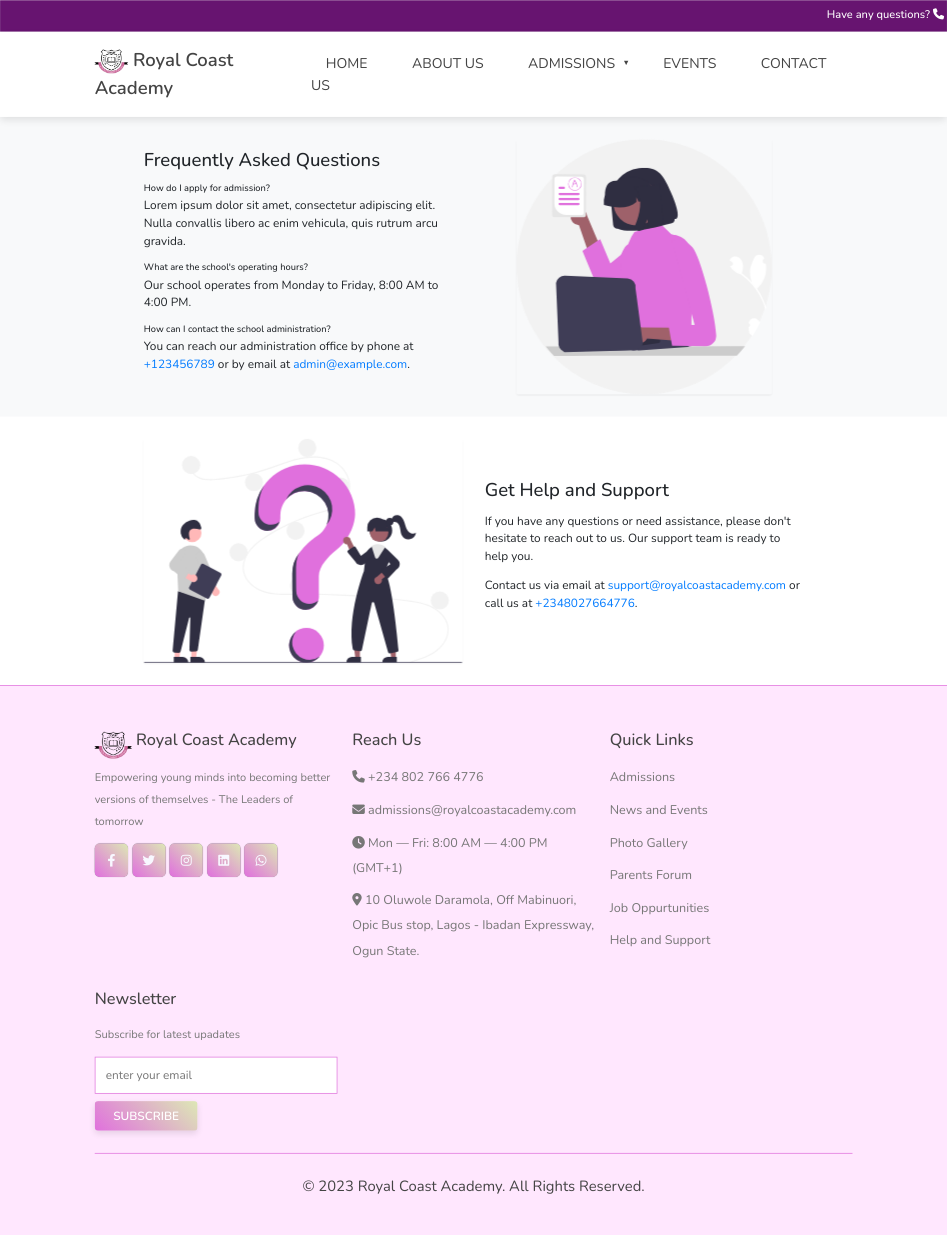
Repository: AdeniranZion/RC-Academy
Page: http://localhost/faq.php
An editor plug-in stored every save of this project. The page is shown before and after the next save, followed by the edit.
The browser window is 1280 px wide. The pictures show the whole page, at 74% of full size.
Some web libraries are served in a nearby version. The page is run by PHP 8.4 with error messages shown; the project is at /var/www/html/.

Above is the page before, as saved 2024-06-21 19:07:26.
Console error: TypeError: Cannot set properties of null (setting 'onclick')

### faq.php
<?php include_once "partials/header.php"; ?>

<section class="faq-section py-5 bg-light">
    <div class="container">
        <div class="row align-items-center">
            <div class="col-lg-6" data-aos="fade-right">
                <div class="faq-content">
                    <h1 class="mb-4 fw-bold">Frequently Asked Questions</h1>

                    <div class="faq-item mb-4">
                        <h3 class="h5">How do I apply for admission?</h3>
                        <p>Lorem ipsum dolor sit amet, consectetur adipiscing elit. Nulla convallis libero ac enim vehicula, quis rutrum arcu gravida.</p>
                    </div>

                    <div class="faq-item mb-4">
                        <h3 class="h5">What are the school's operating hours?</h3>
                        <p>Our school operates from Monday to Friday, 8:00 AM to 4:00 PM.</p>
                    </div>

                    <div class="faq-item mb-4">
                        <h3 class="h5">How can I contact the school administration?</h3>
                        <p>You can reach our administration office by phone at <a href="tel:+123456789">+123456789</a> or by email at <a href="mailto:admin@example.com">admin@example.com</a>.</p>
                    </div>
                </div>
            </div>

            <div class="col-lg-6" data-aos="fade-left" data-aos-duration="1100">
                <div class="support-illustration text-center">
                    <img src="images/undraw_teacher_re_sico.svg" alt="Support Illustration" class="img-fluid rounded shadow-sm" style="max-width: 80%; height: auto;">
                </div>
            </div>

        </div>
    </div>
</section>

<section class="help-section py-5">
    <div class="container">
        <div class="row align-items-center">
            <div class="col-lg-6 order-lg-2" data-aos="fade-left">
                <div class="help-content">
                    <h1 class="mb-4 fw-bold">Get Help and Support</h1>

                    <p class="mb-4">If you have any questions or need assistance, please don't hesitate to reach out to us. Our support team is ready to help you.</p>

                    <p class="mb-4">Contact us via email at <a href="mailto:yemideniran@gmail.com">support@royalcoastacademy.com</a> or call us at <a href="tel:+123456789">+2348027664776</a>.</p>
                </div>
            </div>

            <div class="col-lg-6 order-lg-1" data-aos="fade-right" data-aos-duration="1100">
                <div class="help-illustration text-center">
                    <img src="images/undraw_questions_re_1fy7.svg" alt="Help Illustration" class="img-fluid rounded shadow-sm">
                </div>
            </div>
        </div>
    </div>
</section>

<?php include_once "partials/footer.php"; ?>

<!-- Initialize AOS -->
<script>
    AOS.init();
</script>

### partials/header.php
 <!--HTML BEGINS-->
<!doctype html>
<html lang="en">
  <head>

  <script src="https://cdn.jsdelivr.net/npm/aos@2.3.4/dist/aos.js"></script>
  <link rel="stylesheet" href="https://cdn.jsdelivr.net/npm/aos@2.3.4/dist/aos.css">
<link rel="stylesheet" href="css/qlstyle.css">
<link rel="stylesheet" href="https://cdn.jsdelivr.net/npm/bootstrap@4.5.3/dist/css/bootstrap.min.css" integrity="sha384-TX8t27EcRE3e/ihU7zmQxVncDAy5uIKz4rEkgIXeMed4M0jlfIDPvg6uqKI2xXr2" crossorigin="anonymous">
<link rel="stylesheet" href="https://cdn.jsdelivr.net/npm/bootstrap-icons@1.11.3/font/bootstrap-icons.min.css">
<link rel="stylesheet" href="https://cdnjs.cloudflare.com/ajax/libs/font-awesome/6.3.0/css/all.min.css">
<link rel="stylesheet" href="https://unpkg.com/swiper@7/swiper-bundle.min.css">


  <title>Royal Coast Academy</title>
    <!-- Required meta tags -->
    <meta charset="UTF-8">
   <meta http-equiv="X-UA-Compatible" content="IE=edge">
   <meta name="viewport" content="width=device-width, initial-scale=1.0">



   <!-- swiper css link  -->
   <link rel="stylesheet" href="https://unpkg.com/swiper@7/swiper-bundle.min.css" />
   <link rel="stylesheet" href="https://fontawesome.com/icons/phone?s=solid&f=classic" />

   <!-- custom css file link  -->
   <link rel="stylesheet" href="css/style.css">
   <link rel="stylesheet" href="css/aos.css">



<!-- //Go to top Button -->
<button onclick="topFunction()" class="top-btn" id="myBtn" title="Go to top"><img width="50%" src="images/chevron_up1.png" alt=""></button>
</head>

<body>


<!-- header section starts  -->
<div class="scroll-div">
    <div class="scroll-wrapper">
      <div class="scroll-text">
        <h1>Have any questions? <i class="fa-solid fa-phone"></i> Call us on +2348027664776 +2347059695895 +2349030009521 <i class="fa-solid fa-envelope"></i> royalcoastacademy@gmail.com or <i class="fa-solid fa-location-dot"></i> Visit us @ 10 Oluwole Daramola Crescent, Isheri Oke 102109, Ojodu Berger, Ogun State.</h1>
      </div>
    </div>
  </div>



<header class="header">


   <a href="#" class="logo">
      <img src="images/RCALogo.png" width="45" alt="Royal Coast Academy Logo">
      Royal Coast Academy
   </a>


   <nav class="navbar">

         <div id="close-navbar" class="fa-sharp fa-solid fa-xmark"></div>

         <?php
            $file_names = ['index.php', 'calendar.php', 'contact.php', 'about.php', 'courses.php', 'admissions.php', 'admission_form.php'];
            $current_page = basename($_SERVER['PHP_SELF']);
            $links = array(
               array('text' => 'HOME', 'href' => 'index.php'),
               array('text' => 'ABOUT US', 'href' => 'about.php'),
               array('text' => 'ADMISSIONS', 'href' => 'admissions.php'),
               array('text' => 'EVENTS', 'href' => 'calendar.php'),
               array('text' => 'CONTACT US', 'href' => 'contact.php'),
            );

            echo '<nav>'; // Start the navigation container

            foreach ($links as $link) {
               // Check if the link is the current page or if it's the admissions link when on admission_form.php
               $style = ($link['href'] == $current_page || ($link['href'] == 'admissions.php' && $current_page == 'admission_form.php')) ? 'style="color: #e070dd;"' : '';

               if ($link['text'] == 'ADMISSIONS') {
                  echo '<div class="dropdown">';
                  echo '<a href="' . $link['href'] . '" ' . $style . '>' . $link['text'] . '</a>';
                  echo '<div class="dropdown-content">';

                  // Set style for dropdown links, excluding the current page
                  echo '<a href="admission_form.php"' . ($current_page == 'admission_form.php' ? ' style="color: #e070dd;"' : '') . '>Admission Form</a>';
                  echo '<a href="admissions.php"' . ($current_page == 'admissions.php' ? ' style="color: #e070dd;"' : '') . '>Admission Details</a>';

                  echo '</div>';
                  echo '</div>';
               } else {
                     echo '<a href="' . $link['href'] . '" ' . $style . '>' . $link['text'] . '</a>';
               }
             }

            echo '</nav>'; // End the navigation container
?>





   </nav>

   <div class="icons">
      <div id="menu-btn" class="fa-solid fa-bars"></div>
   </div>

</header>


<script>
    AOS.init({
        duration: 800, // animation duration in milliseconds
        offset: 200, // offset (in pixels) from the top of the page for the start of the animation
        easing: 'ease-out', // easing function to use for the animation
        once: true, // only animate elements once on page load
    });

      // Refresh AOS on scroll event
      window.addEventListener('scroll', function() {
      AOS.refresh();
});
  </script>

</body>

### partials/footer.php
<!-- footer section starts  -->


<section class="footer">

   <div class="box-container">

      <div class="box">
         <h3> <img style="margin-bottom: -3%;" src="images/RCALogo.png" width="50"> Royal Coast Academy </h3>
         <p>Empowering young minds into becoming better versions of themselves - The Leaders of tomorrow</p>
         <div class="share">
            <a href="#" class="fa-brands fa-facebook-f"></a>
            <a href="#" class="fa-brands fa-twitter"></a>
            <a href="https://www.instagram.com/royalcoastacademy/" class="fa-brands fa-instagram"></a>
            <a href="#" class="fa-brands fa-linkedin"></a>
            <a href="https://wa.me/+2348027664776" class="fa-brands fa-whatsapp"></a>
         </div>
      </div>

      <div class="box">
         <h3>Reach Us</h3>
         <a href="tel:+2348027664776" class="link"><i class="fa-solid fa-phone"></i> <span> +234 802 766 4776</span></a>
         <a href="mailto:admissions@schoolname.com" class="link"><i class="fa-sharp fa-solid fa-envelope"></i> admissions@royalcoastacademy.com</a>
         <a class="link"><i class="fa-solid fa-clock"></i><span> Mon — Fri: 8:00 AM — 4:00 PM (GMT+1)
         </span></a>
         <a href="https://www.google.com/maps/place/Royal+Coast+Academy/@6.6436294,3.3875633,17z/data=!4m15!1m8!3m7!1s0x103b937ae5824571:0xccc23bd1c27304eb!2s10+Oluwole+Daramola+Cres,+Isheri+Oke+102109,+Ojodu+Berger,+Ogun+State!3b1!8m2!3d6.6436294!4d3.3875633!16s%2Fg%2F11sk8n63bg!3m5!1s0x103b9320de5d0e97:0x8af30d24481b53f6!8m2!3d6.6436294!4d3.3875633!16s%2Fg%2F11smwgcrfj" class="link"><i class="fa-solid fa-location-dot"></i><span> 10 Oluwole Daramola, Off Mabinuori, Opic Bus stop, Lagos - Ibadan Expressway, Ogun State.</span></a>
      </div>

      <div class="box">
         <h3>Quick links</h3>
         <a href="admissions.php" class="link">Admissions</a>
         <a href="calendar.php" class="link">News and Events</a>
         <a href="photogallery.php" class="link">Photo Gallery</a>
         <a href="unavailable.php" class="link">Parents Forum</a>
         <a href="unavailable.php" class="link">Job Oppurtunities</a>
         <a href="faq.php" class="link">Help and Support</a>
      </div>

      <div class="box">
         <h3>newsletter</h3>
         <p>Subscribe for latest upadates</p>
         <form action="">
            <input type="email" name="" placeholder="enter your email" id="" class="email">
            <input type="submit" value="subscribe" class="btn">
         </form>
      </div>

   </div>

   <div class="credit">&copy; <?php echo date("Y");?> Royal Coast Academy. all rights reserved. </div>

</section>

<!-- footer section ends -->







<!-- swiper js link  -->
<script src="https://unpkg.com/swiper@7.4.1/swiper-bundle.min.js"></script>

<!-- custom js file link  -->
<script src="js/script.js"></script>
<script src="js/aos.js"></script>

### css/qlstyle.css
    * {
  margin: 0;
  padding: 0;
  box-sizing: border-box;
}

body {
  background-color: #fff;
}

header {
  position: fixed;
  top: 0;
  left: 0;
  width: 100%;
  background-color: #000;
  padding: 20px;
  z-index: 1;
}

nav ul {
  display: flex;
  justify-content: space-between;
  align-items: center;
}

nav li {
  list-style: none;
}

nav a {
  color: #000;
  font-size: 1.5rem;
  text-decoration: none;
  padding: 10px 20px;
  border-radius: 5px;
  transition: all 0.3s ease;
}

nav a:hover {
  background-color: #000;
  color: #ffffff;
}

.hero {
  height: 100vh;
  display: flex;
  flex-direction: column;
  justify-content: center;
  align-items: center;
  color: #666566;
  text-align: center;
  position: relative;
  overflow: hidden;
}

.hero::before {
  content: "";
  position: absolute;
  top: -50%;
  left: -50%;
  width: 200%;
  height: 200%;
  background-color: rgba(255,255,255,0.1);
  transform: rotate(45deg);
  z-index: -1;
}

.hero h1 {
  font-size: 5.5rem;
  font-weight: 700;
  margin-bottom: 20px;
  text-shadow: 0 0 5px #edccf0;
}

.hero p {
  font-size: 2rem;
  font-weight: 300;
  margin-bottom: 30px;
  text-shadow: 0 0 10px rgba(255,255,255,0.5);
}

.btn2 {
  background-color: #f6eff7;
  color: #000;
  font-size: 1.6rem;
  padding: 10px 20px;
  border-radius: 5px;
  text-decoration: none;
  transition: all 0.3s ease;
  box-shadow: 0 0 10px rgb(201, 201, 201);
}

.btn2:hover {
  background-color: #edccf0;
  color: #000;
  border: #edccf0;
}

.info {
  padding: 100px 0;
  text-align: center;
  color: #fff;
  position: relative;
  overflow: hidden;
}

.info::before {
  content: "";
  position: absolute;
  top: -50%;
  left: -50%;
  width: 200%;
  height: 200%;
  background-color: rgba(255,255,255,0.1);
  transform: rotate(45deg);
  z-index: -1;
}

.info h2 {
  font-size: 3rem;
  font-weight: 700;
  margin-bottom: 20px;
  text-shadow: 0 0 10px rgba(255,255,255,0.5);
}

.info p {
  font-size: 1.5rem;
  font-weight: 300;
  margin-bottom: 30px;
  text-shadow: 0 0 10px rgba(255,255,255,0.5);
}

.info ul {
  list-style: none;
  display: flex;
  justify-content: space-between;
  align-items: center;
  margin-bottom: 30px;
}

.info ul li {
  font-size: 1.2rem;
}

.floating-objects {
  position: fixed;
  top: 0;
  left: 0;
  width: 100%;
  height: 100%;
  z-index: -1;
  display: grid;
  grid-template-columns: repeat(6, 1fr);
  grid-template-rows: repeat(4, 1fr);
  opacity: 10%;
}

.floating-object {
  width: 60px;
  height: 60px;
  background-color: #000;
  opacity: 0.6;
  position: relative;
  animation: float 12s ease-in-out infinite;
}

.floating-object:nth-child(1) {
  grid-column: 3 / span 2;
  grid-row: 1 / span 2;
  animation-name: float-right-down;
}

.floating-object:nth-child(2) {
  grid-column: 2 / span 2;
  grid-row: 2 / span 2;
  animation-name: float-left-down;
  background-color: #9e39a3;
}

/* red */
.floating-object:nth-child(3) {
  grid-column: 4 / span 2;
  grid-row: 3 / span 2;
  animation-name: float-left-up;
  width: 100px;
  height: 100px;
  background-color: red;
  clip-path: polygon(50% 0%, 100% 20%, 100% 80%, 50% 100%, 0% 80%, 0% 20%);
  opacity: 0.7;
  border: 2px solid #000;
  border-radius: 30px;
}
.floating-object:nth-child(4) {
  grid-column: 6 / span 2;
  grid-row: 4 / span 3;
  animation-name: float-left-down;

}

.floating-object:nth-child(5) {
  grid-column: 6 / span 2;
  grid-row: 1 / span 2;
  animation-name: float-right-up;
  width: 150px;
  height: 150px;
  background-color: transparent;
  opacity: 0.7;
  border: 1px solid #000;

}

.floating-object:nth-child(6) {
  grid-column: 4 / span 2;
  grid-row: 2 / span 3;
  animation-name: float-right-down;
  width: 250px;
  height: 250px;
  background-color: transparent;
  border: 2px solid #000;
  opacity: 0.1;
  box-shadow: 0 0 10px rgb(201, 201, 201);
}

.floating-object:nth-child(7) {
  grid-column: 3 / span 2;
  grid-row: 3 / span 3;
  animation-name: float-left-down;
  width: 250px;
  height: 250px;
  background-color: transparent;
  opacity: 0.7;
  border: 2px solid #000;
  border-radius: 50%;
  box-shadow: 0 0 50px rgb(201, 201, 201);
}

.floating-object:nth-child(8) {
  grid-column: 5 / span 2;
  grid-row: 2 / span 2;
  animation-name: float-right-down;
  width: 150px;
  height: 150px;
  background-color: #9e39a3;
  opacity: 0.7;
  border: 2px solid #9e39a3;
  border-radius: 50%;
}

/* red 2*/
.floating-object:nth-child(9) {
    grid-column: 1 / span 2;
    grid-row: 5 / span 2;
    animation-name: float-right-up;
    width: 350px;
    height: 350px;
    background-color: red;
    clip-path: polygon(50% 0%, 100% 20%, 100% 80%, 50% 100%, 0% 80%, 0% 20%);
    opacity: 0.2;
    border: 2px solid #000;
    border-radius: 30px;
  }


.hexagon {
    top: 30vh;
    left: 40%;
    position: absolute;
    margin: 0 auto;
    background-color: dodgerblue;
    border-radius: 10px;
    width: 100px;
    height: 63px;
    box-sizing: border-box;
    transition: all 1s;
    border: 0.4vh solid transparent;
    grid-column: 4 / span 2;
    grid-row: 3 / span 2;
    animation-name: float-right-up;
    width: 60px;
    height: 60px;
    background-color: #fff;
    opacity: 0.6;
    position: relative;
    animation: float 6s ease-in-out infinite;
}

@keyframes float-right-down {
  0% {
    transform: translateX(0px) translateY(0px);
  }
  50% {
    transform: translateX(50px) translateY(50px);
  }
  100% {
    transform: translateX(0px) translateY(0px);
  }
}

@keyframes float-left-down {
  0% {
    transform: translateX(0px) translateY(0px);
  }
  50% {
    transform: translateX(-50px) translateY(50px);
  }
  100% {
    transform: translateX(0px) translateY(0px);
  }
}

@keyframes float-right-up {
  0% {
    transform: translateX(0px) translateY(0px);
  }
  50% {
    transform: translateX(50px) translateY(-50px);
  }
  100% {
    transform: translateX(0px) translateY(0px);
  }
}

@keyframes float-left-up {
  0% {
    transform: translateX(0px) translateY(0px);
  }
  50% {
    transform: translateX(-50px) translateY(-50px);
  }
  100% {
    transform: translateX(0px) translateY(0px);
  }
}

.hexagon {
    top: 30vh;
    left: 40%;
    position: absolute;
    margin: 0 auto;
    background-color: dodgerblue;
    border-radius: 10px;
    width: 100px;
    height: 63px;
    box-sizing: border-box;
    transition: all 1s;
    border: 0.4vh solid transparent;
}

/* Creating pseudo-class */
.hexagon:before, .hexagon:after {
    content: "";
    border: inherit;
    position: absolute;
    top: -0.5vh;
    left: -0.5vh;
    background-color: dodgerblue;
    border-radius: inherit;
    height: 100%;
    width: 100%;
}

/* Align them in such a way
that they form a hexagon */
.hexagon:before {
    transform: rotate(60deg);
}
.hexagon:after {
    transform: rotate(-60deg);
}

### css/aos.css
/* Fade-in from the right animation */
[data-aos="fade-right"] {
    opacity: 0;
    transform: translateX(100px);
    transition: opacity 0.6s ease-out, transform 0.6s ease-out;
  }

  [data-aos="fade-right"].aos-animate {
    opacity: 1;
    transform: translateX(0);
  }

Loaded but not shown: images/undraw_questions_re_1fy7.svg (1 lines, source omitted); images/undraw_teacher_re_sico.svg (1 lines, source omitted); js/script.js (156 lines, source omitted); js/aos.js (24 lines, source omitted); css/style.css (1695 lines, source omitted)

After the next save:
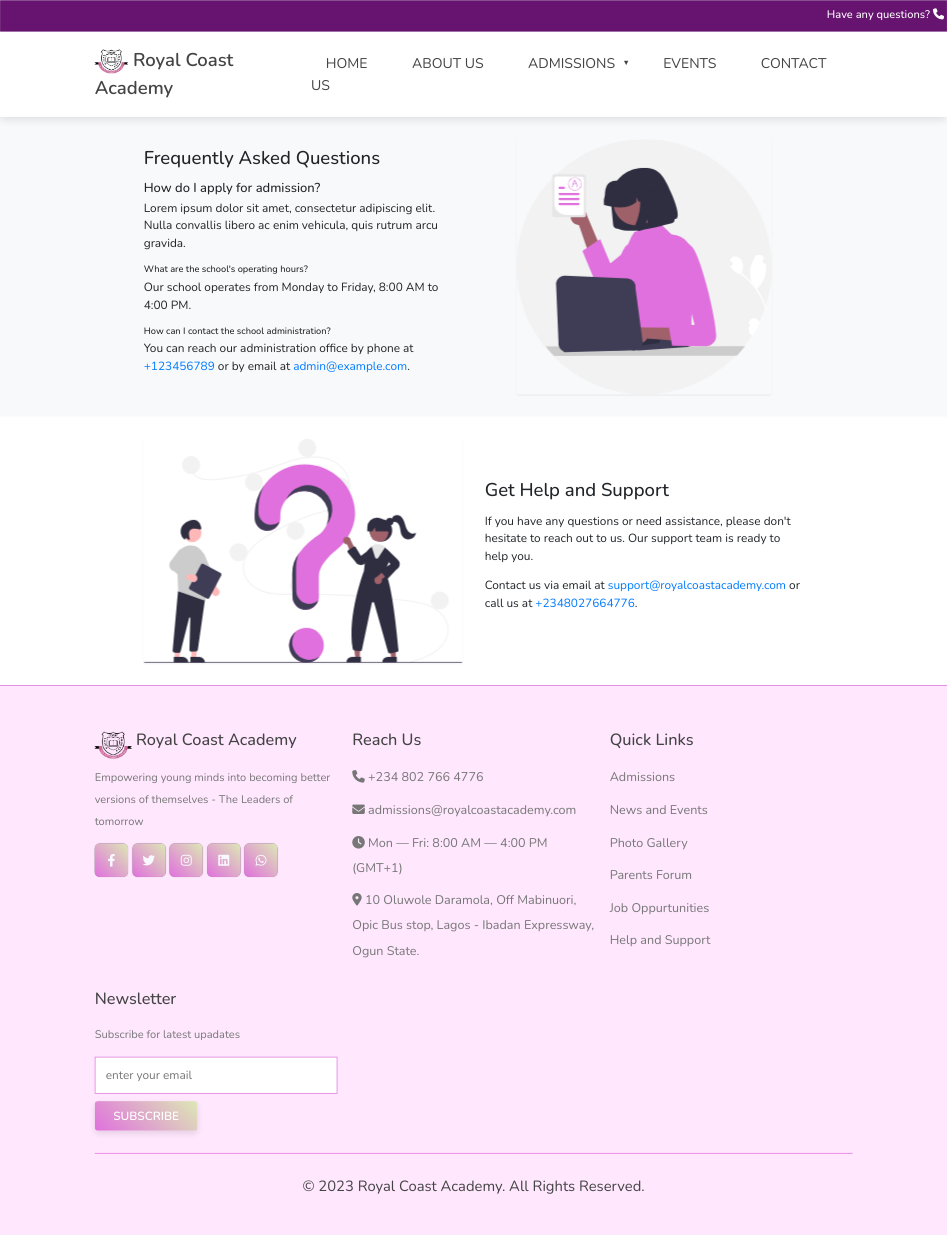
Saved 11 min 32 s later.
--- a/faq.php
+++ b/faq.php
@@ -8,7 +8,7 @@
                     <h1 class="mb-4 fw-bold">Frequently Asked Questions</h1>
 
                     <div class="faq-item mb-4">
-                        <h3 class="h5">How do I apply for admission?</h3>
+                        <h3>How do I apply for admission?</h3>
                         <p>Lorem ipsum dolor sit amet, consectetur adipiscing elit. Nulla convallis libero ac enim vehicula, quis rutrum arcu gravida.</p>
                     </div>
 
